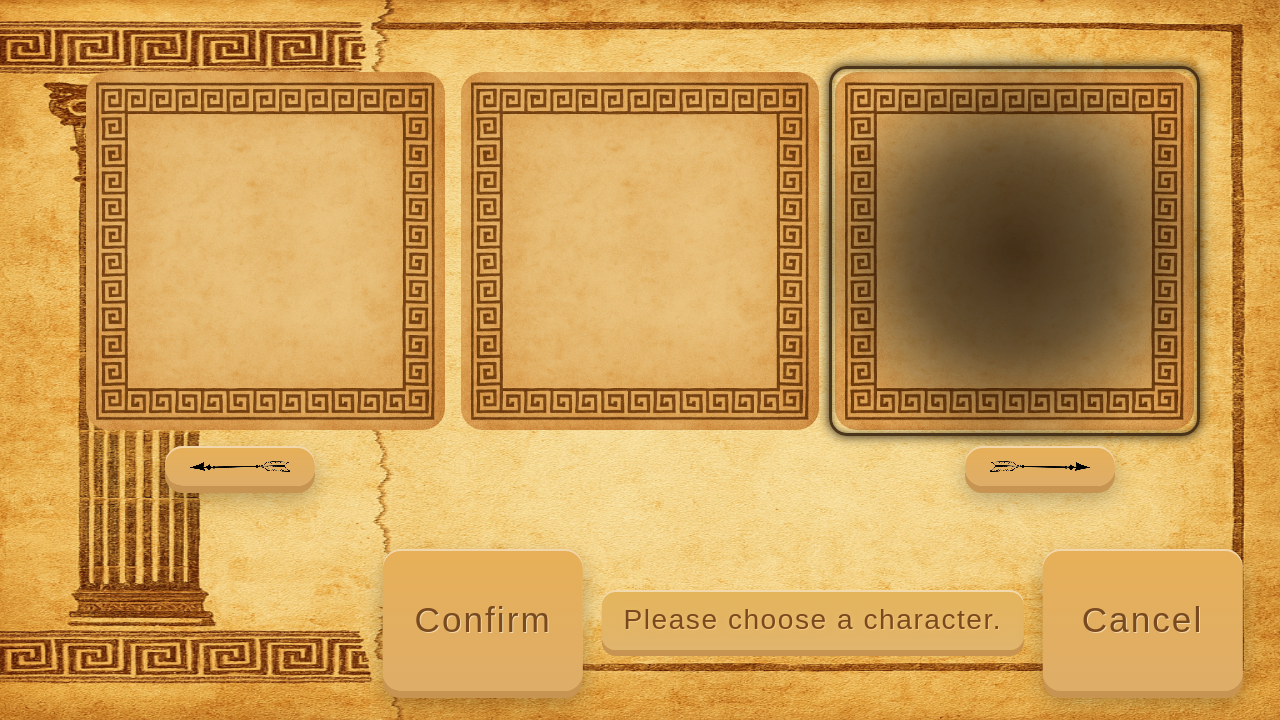
Repository: brianabariteau/Web-1-Final-Project-2025
Page: features/character-selection/character-selection.html
These files come from the project's save history. The page is drawn as it stood at one moment and after the next save; the edit follows.
The browser window is 1280 px wide. The pictures show the whole page.
After loading, the first visible `button.avatar3` was clicked once.
The page's requests for data from a server got no answer. Some web fonts or font styles are not loaded; a fallback is used.

Above is the page before, as saved 2025-12-22 00:36:18.

After the next save:
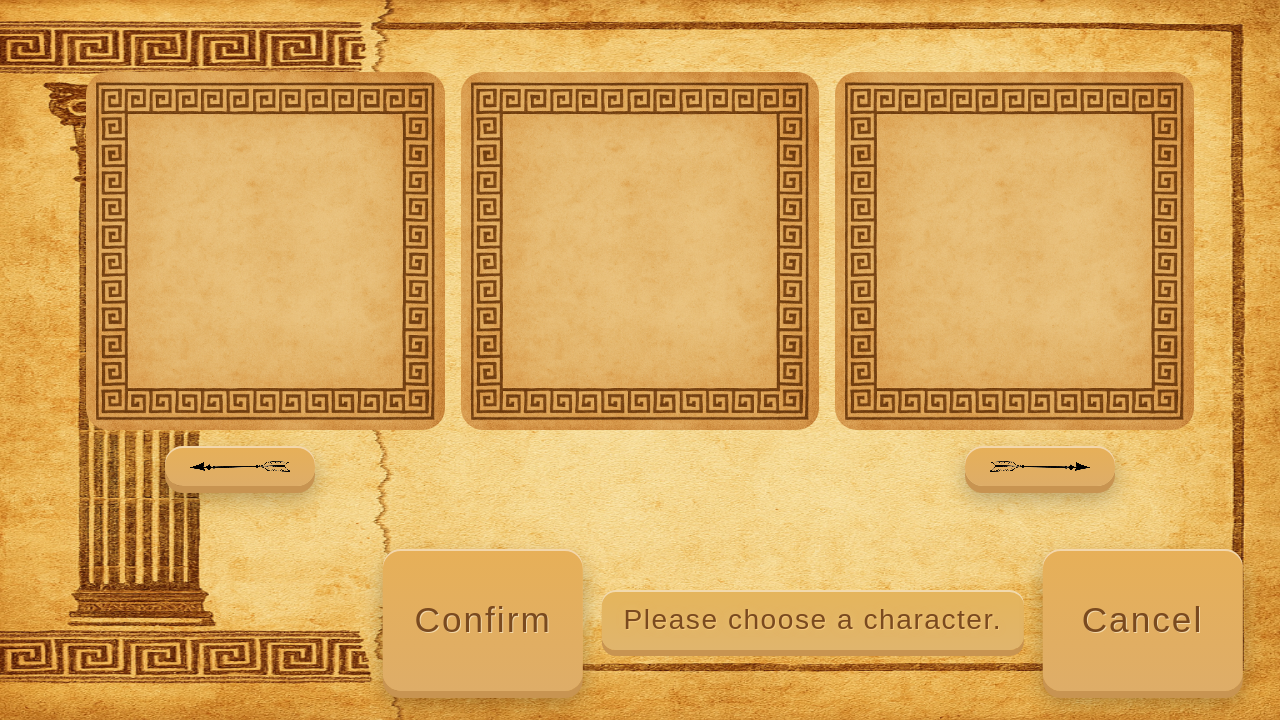
Console error: TypeError: Cannot read properties of undefined (reading 'tier')
Saved 10 min 15 s later.
--- a/features/character-selection/character-selection.js
+++ b/features/character-selection/character-selection.js
@@ -56,10 +56,6 @@
 
 // * Avatar 1
 const avatar1 = $("<button>").addClass("avatar1");
-/*const avatar1BackgroundBox = $("<img>")
-  .addClass("background-boxes")
-  .attr("src", "./assets/parchment-box.png")
-  .attr("alt", "Background Boxes");*/
 
 $(avatar1).on("click", () => {
   const first = characters[currentIndex];
@@ -68,10 +64,6 @@
 
 // * Avatar 2
 const avatar2 = $("<button>").addClass("avatar2");
-/*const avatar2BackgroundBox = $("<img>")
-  .addClass("background-boxes")
-  .attr("src", "./assets/parchment-box.png")
-  .attr("alt", "Background Boxes");*/
 
 $(avatar2).on("click", () => {
   const second = characters[(currentIndex + 1) % characters.length];
@@ -80,13 +72,11 @@
 
 // * Avatar 3
 const avatar3 = $("<button>").addClass("avatar3");
-/*const avatar3BackgroundBox = $("<img>")
-  .addClass("background-boxes")
-  .attr("src", "./assets/parchment-box.png")
-  .attr("alt", "Background Boxes");*/
 
 $(avatar3).on("click", () => {
+  const character = characters[(currentIndex + 2) % characters.length];
   const third = characters[(currentIndex + 2) % characters.length];
+  const tier = character.tier;
   selectCharacter(avatar3, third);
 });
 

After the 4 saves that followed:
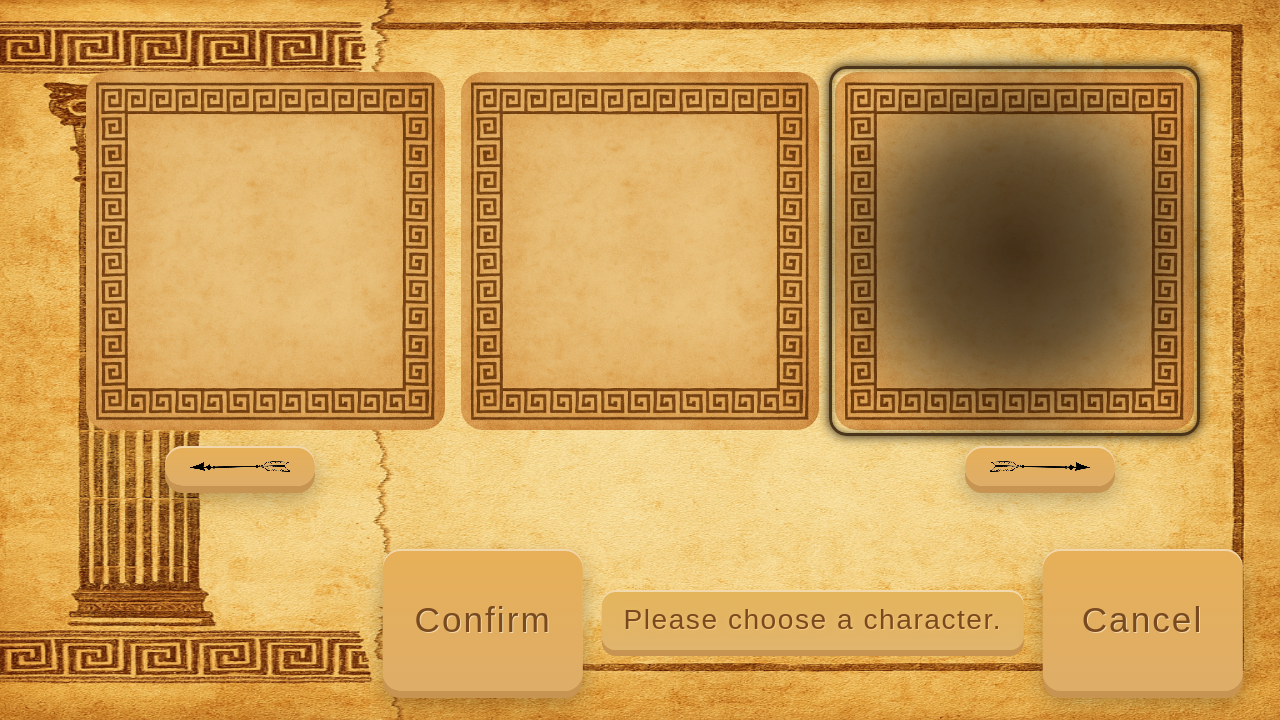
The 4 saves are shown as one change because 3 left the picture as it was.
The last was saved 7 min 37 s later.
--- a/features/character-selection/character-selection.js
+++ b/features/character-selection/character-selection.js
@@ -74,9 +74,7 @@
 const avatar3 = $("<button>").addClass("avatar3");
 
 $(avatar3).on("click", () => {
-  const character = characters[(currentIndex + 2) % characters.length];
   const third = characters[(currentIndex + 2) % characters.length];
-  const tier = character.tier;
   selectCharacter(avatar3, third);
 });
 
@@ -92,10 +90,6 @@
   $(avatar1).html(renderCharacters(first));
   $(avatar2).html(renderCharacters(second));
   $(avatar3).html(renderCharacters(third));
-
-  /*$(avatar1).append(avatar1BackgroundBox.clone());
-  $(avatar2).append(avatar2BackgroundBox.clone());
-  $(avatar3).append(avatar3BackgroundBox.clone());*/
 }
 
 async function loadCharacters() {
@@ -107,7 +101,7 @@
 
 function selectCharacter(avatarElement, character) {
   $(".avatar1, .avatar2, .avatar3").removeClass("selected");
-  $(avatarElement).addClass("selected");
+  $(avatarElement).addClass("selected").addClass(character.tier);
   selectedPlayer = character;
 }
 
